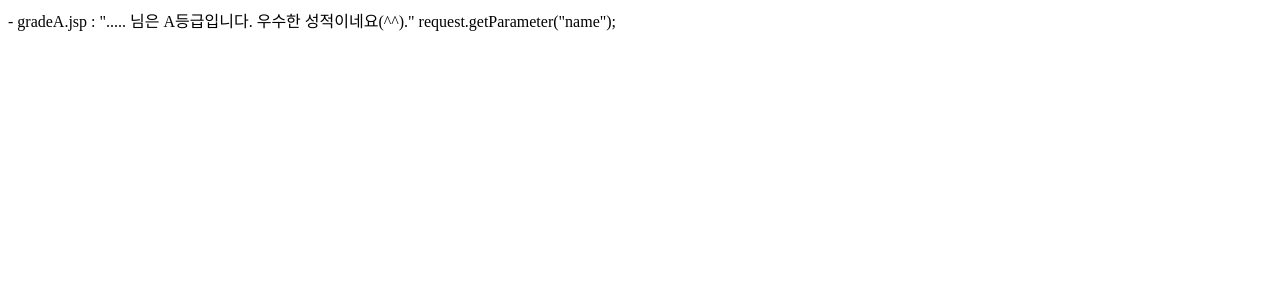
Repository: kdg0109/multicampus_course
Page: http://localhost/mvc/jspexam/gradeA.jsp
These files come from the project's save history. The page is drawn as it stood at one moment and after the next save; the edit follows.
The browser window is 1280 px wide. The pictures show the whole page.
The page is served by Tomcat 9. Other server files are loaded and not shown.

Above is the page before, as saved 2018-02-09 01:24:47.

### web course/workspace_web/mvc/WebContent/jspexam/gradeA.jsp
<%@ page language="java" contentType="text/html; charset=UTF-8"
    pageEncoding="UTF-8"%>
<!DOCTYPE html>
<html>
<head>
<meta charset="UTF-8">
<title>JSP 예제</title>
</head>
<body>
- gradeA.jsp : "..... 님은 A등급입니다. 우수한 성적이네요(^^)."
request.getParameter("name");
</body>
</html>

After the next save:
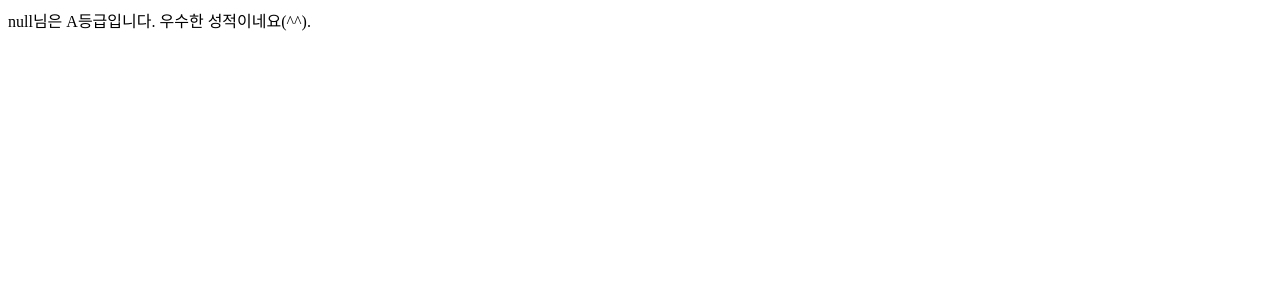
Saved 2 min 54 s later.
--- a/web course/workspace_web/mvc/WebContent/jspexam/gradeA.jsp
+++ b/web course/workspace_web/mvc/WebContent/jspexam/gradeA.jsp
@@ -7,7 +7,6 @@
 <title>JSP 예제</title>
 </head>
 <body>
-- gradeA.jsp : "..... 님은 A등급입니다. 우수한 성적이네요(^^)."
-request.getParameter("name");
+<%= request.getParameter("name")%>님은 A등급입니다. 우수한 성적이네요(^^).
 </body>
 </html>
